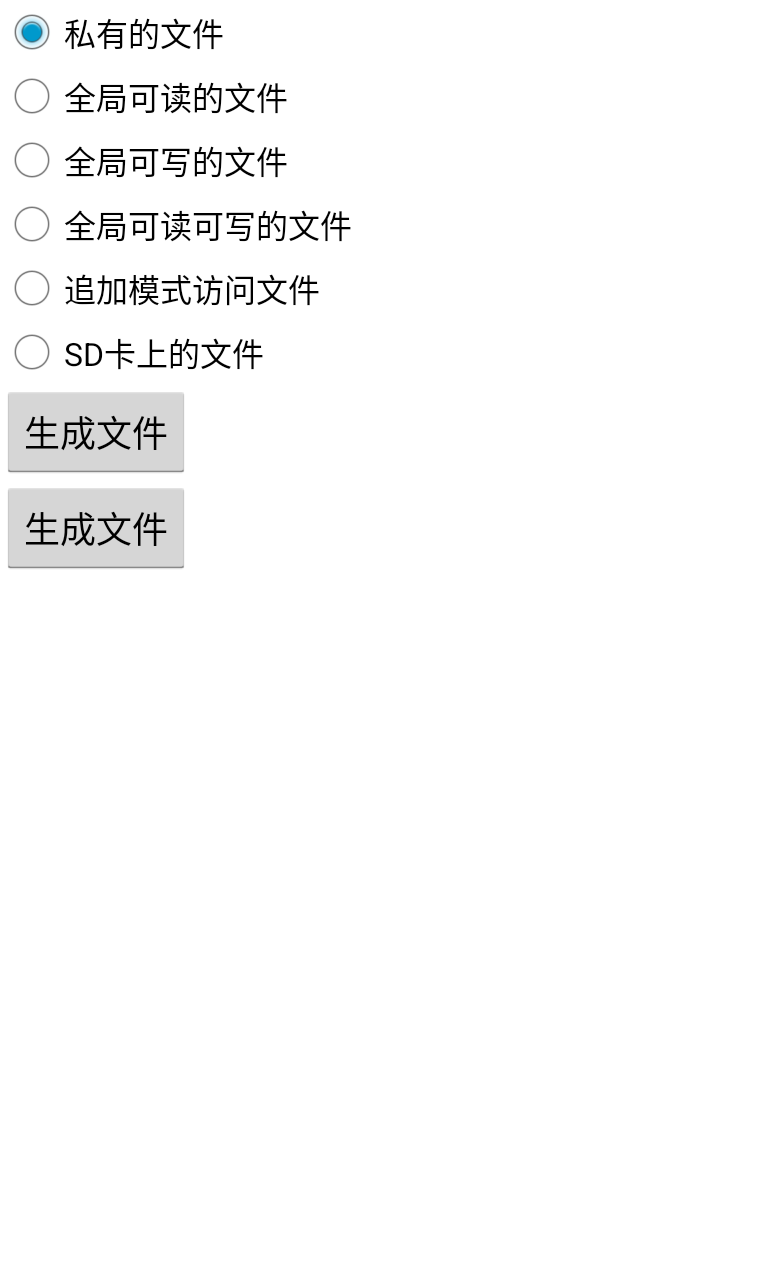
Repository: qq839924354/day01
Layout: day02/code/TestMode/res/layout/activity_main.xml
The author's editor kept a copy of each file at every save. The layout is drawn from the files as they stood at one save, then again after the next save.
It is drawn on a 768 x 1280 px phone screen (xhdpi) without system bars, with theme AppTheme; the app's code is not run.

Above is the layout before, as saved 2013-03-01 08:49:42.

After the next save:
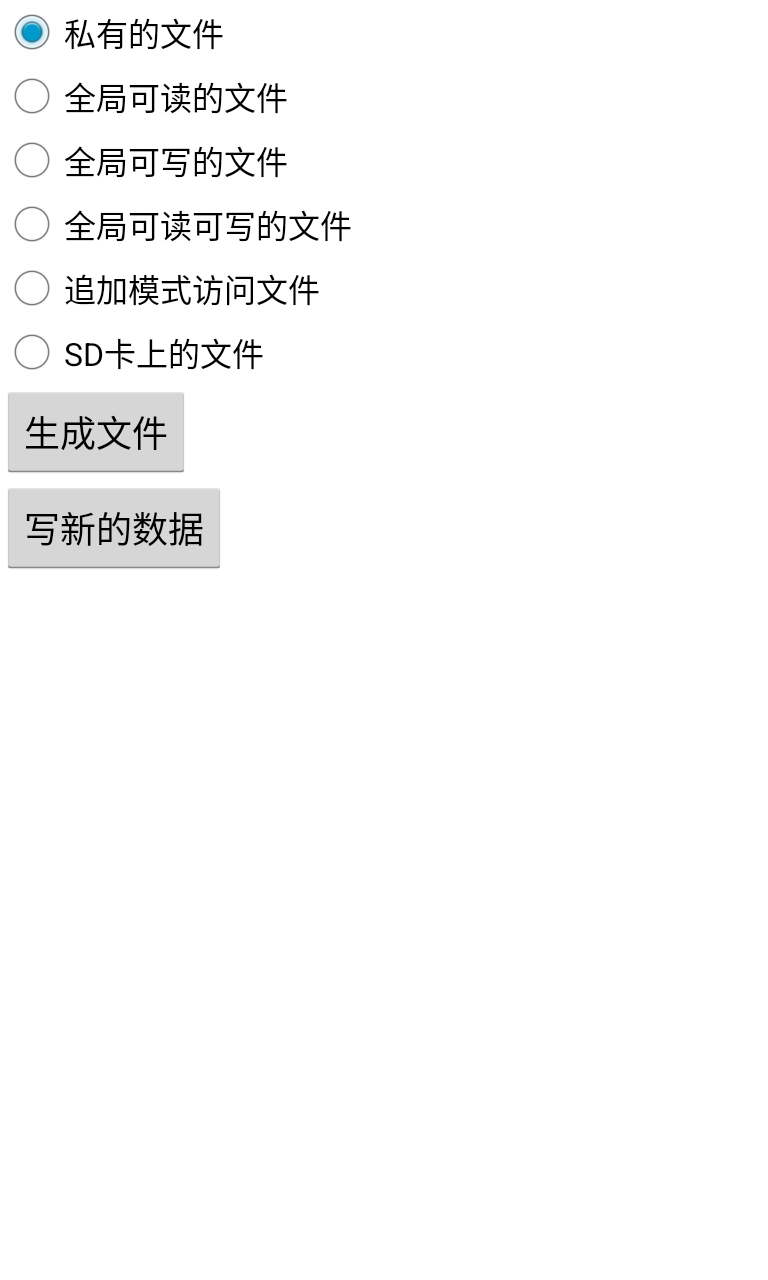
Saved 8 s later.
--- a/day02/code/TestMode/res/layout/activity_main.xml
+++ b/day02/code/TestMode/res/layout/activity_main.xml
@@ -58,5 +58,5 @@
 		android:onClick="writeappend"
         android:layout_width="wrap_content"
         android:layout_height="wrap_content"
-        android:text="生成文件" />
+        android:text="写新的数据" />
 </LinearLayout>
